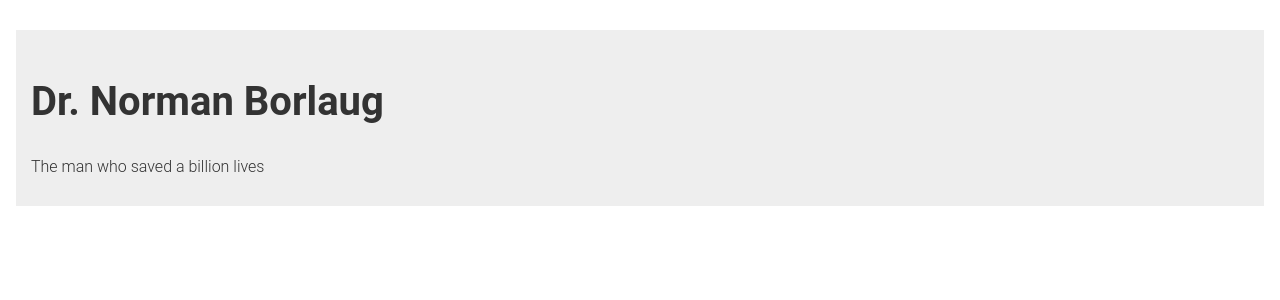
Repository: HTDuy01/github-demo
Page: freecodecamp/index.html
An editor plug-in stored every save of this project. The page is shown before and after the next save, followed by the edit.
The browser window is 1280 px wide. The pictures show the whole page.

Above is the page before, as saved 2021-11-17 20:08:21.

After the next save:
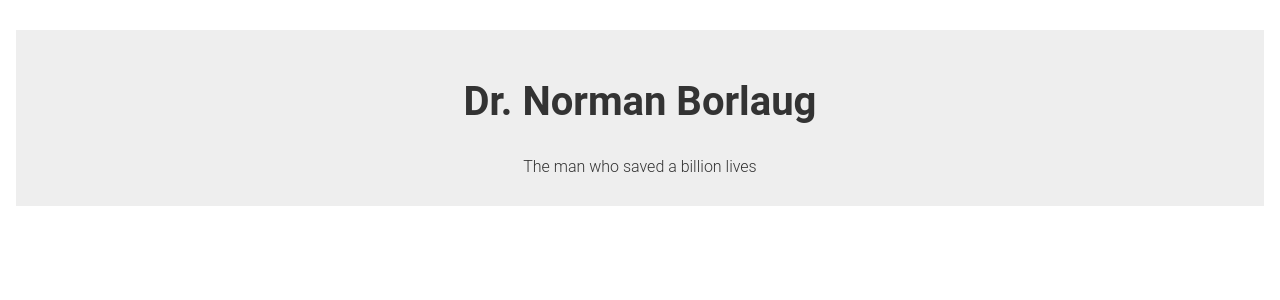
Saved 36 s later.
--- a/freecodecamp/assets/css/style.css
+++ b/freecodecamp/assets/css/style.css
@@ -2,6 +2,10 @@
     background-color: #eee;
     margin: 30px 8px;
     padding: 15px;
+}
+
+#title {
+    text-align: center;
 }
 
 .heading {
